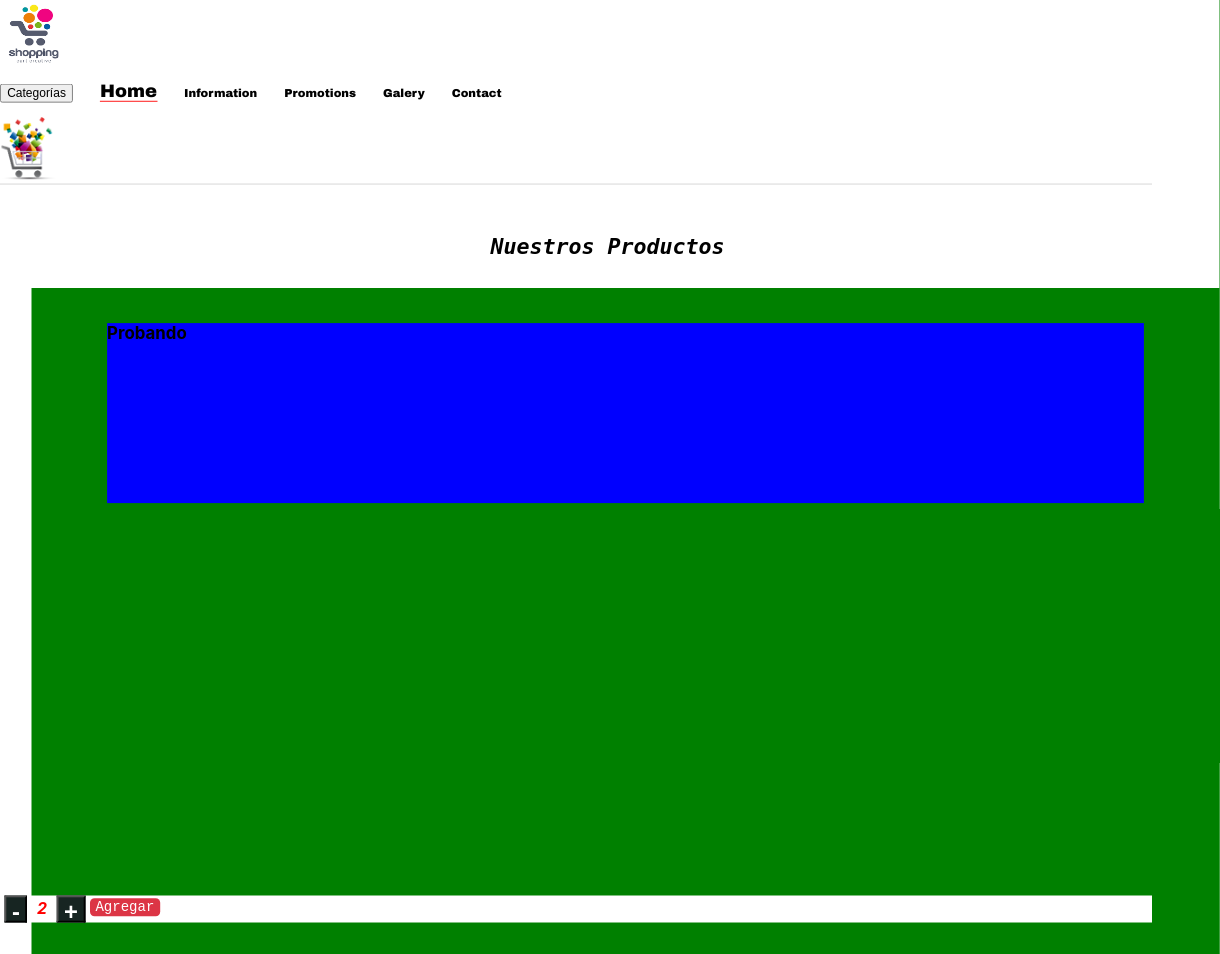
Repository: gustavomanuelquintana/CoderRepository
Page: / (app in cards-commers/)
The author's editor kept a copy of each file at every save. The page is drawn from the files as they stood at one save, then again after the next save.
The browser window is 1280 px wide. The page is 1355 px wide, so the pictures cover 1355 px, including what lies to the right of the window. The pictures show the whole page, at 90% of full size.
The project was rebuilt for these pictures with package versions that can differ from the ones it lists, and the page was loaded fresh each time.

Above is the page before, as saved 2020-10-31 14:16:45.

After the next save:
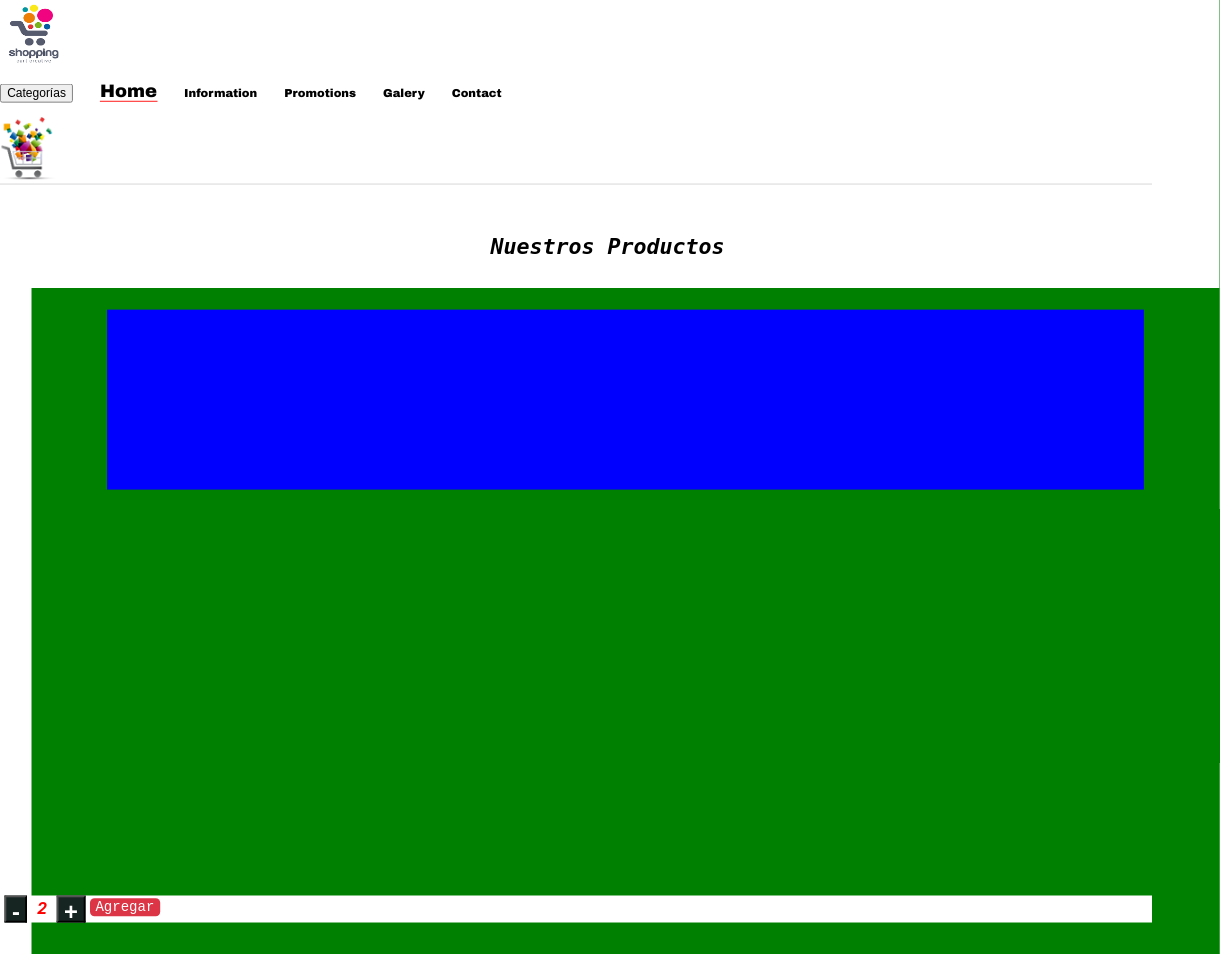
Saved 52 s later.
--- a/cards-commers/src/Components/ItemListContainer/Item/Item.js
+++ b/cards-commers/src/Components/ItemListContainer/Item/Item.js
@@ -3,7 +3,7 @@ import './Item.css'
 
 function Item({listProducts}){
     return <div className="Item">
-        <h3>Probando</h3>
+        <div class="ItemSectionImage"></div>
     </div>
 
 }
